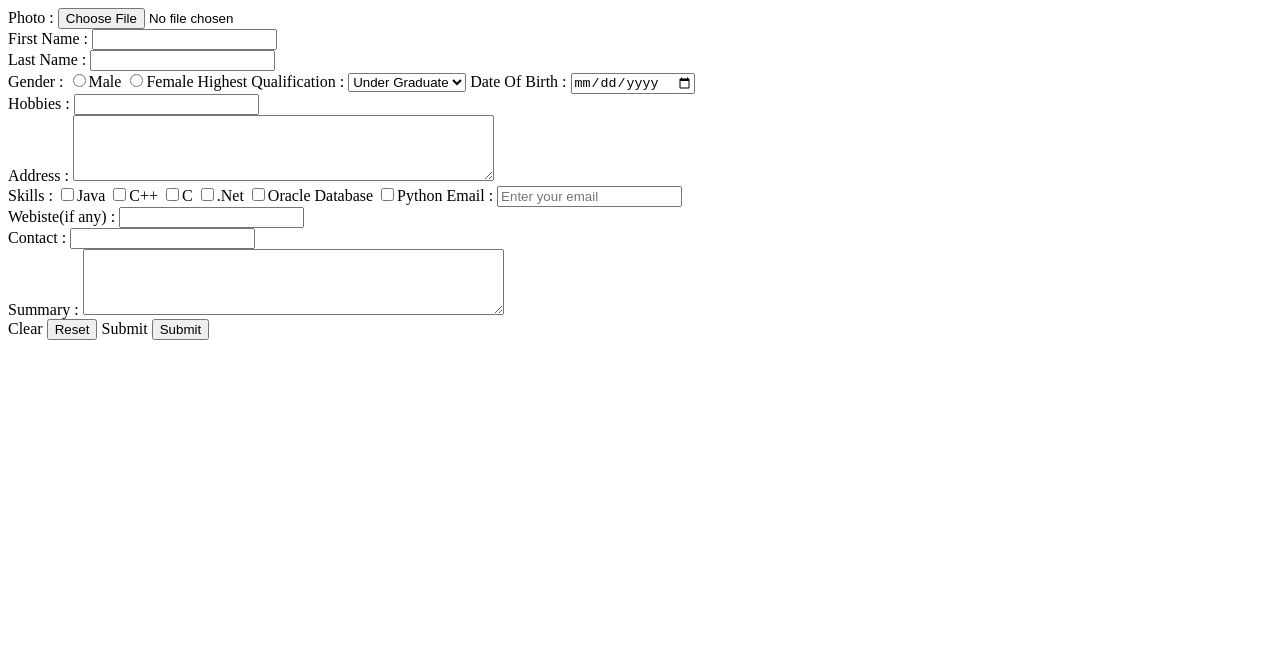
Repository: kiaanMayur/Servlet-Resume-Builder
Page: ResumeBuilder/WebContent/index.html
The author's editor kept a copy of each file at every save. The page is drawn from the files as they stood at one save, then again after the next save.
The browser window is 1280 px wide. The pictures show the whole page.

Above is the page before, as saved 2018-08-07 08:41:28.

After the next save:
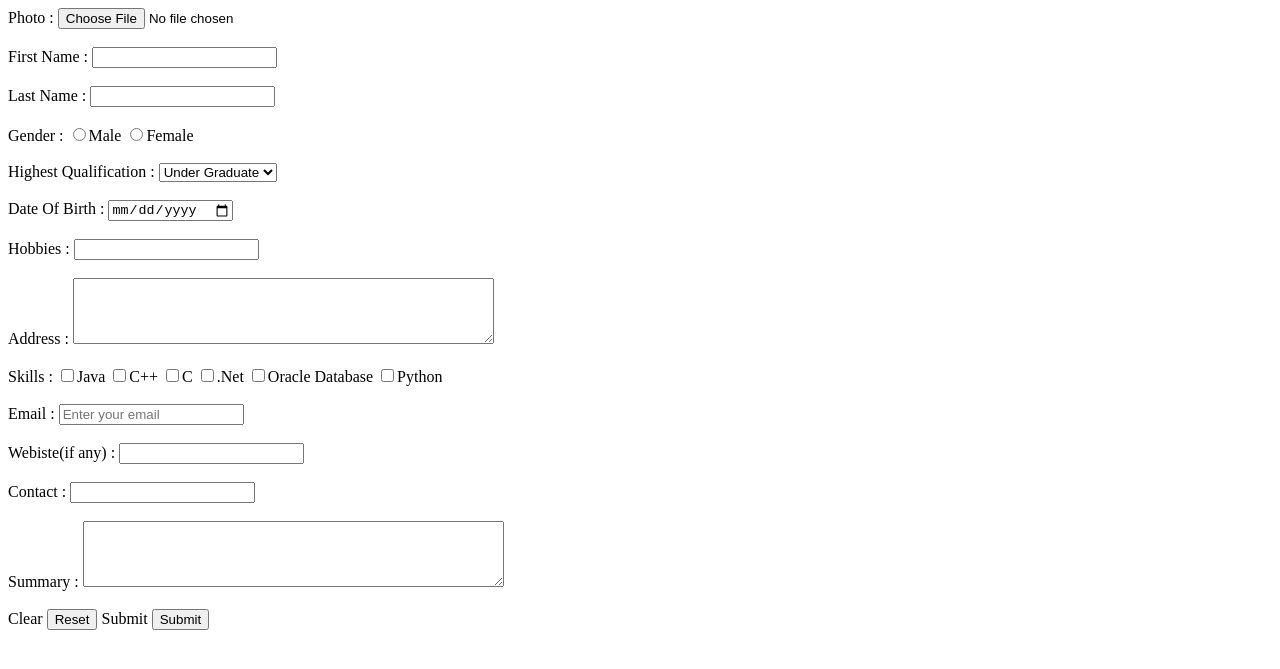
Saved 83 s later.
--- a/ResumeBuilder/WebContent/index.html
+++ b/ResumeBuilder/WebContent/index.html
@@ -8,23 +8,23 @@
 
 	<form action="">
 
-		Photo : <input type="file" name="Photo"> </br>
-		First Name : <input type="text" name="First Name"> </br>
-		Last Name : <input type="text" name="Last Name"> </br>
+		Photo : <input type="file" name="Photo"> </br></br>
+		First Name : <input type="text" name="First Name"> </br></br>
+		Last Name : <input type="text" name="Last Name"> </br></br>
 		Gender :
 				<input type="radio" name="Gender">Male
 				<input type="radio" name="Gender">Female
-
+		</br></br>
 		Highest Qualification : <select>
 				<option value="Under Graduate">Under Graduate</option>
 				<option value="Post Graduate">Under Graduate</option>
 				<option value="Diploma">Under Graduate</option>
 				<option value="PHD">Under Graduate</option>
 			</select>
-
-		Date Of Birth : <input type="date"> </br>
-		Hobbies : <input type> </br>
-		Address : <textarea rows="4" cols="50"></textarea> </br>
+		</br></br>
+		Date Of Birth : <input type="date"> </br></br>
+		Hobbies : <input type> </br></br>
+		Address : <textarea rows="4" cols="50"></textarea> </br></br>
 		Skills :
 				<input type="checkbox" value="Java" name="java">Java
 				<input type="checkbox" value="CPP" name="cpp">C++
@@ -32,11 +32,11 @@
 				<input type="checkbox" value=".Net" name=".net">.Net
 				<input type="checkbox" value="Oracle" name="oracle">Oracle Database
 				<input type="checkbox" value="Python" name="python">Python
-
-		Email : <input type="email" placeholder="Enter your email"> </br>
-		Webiste(if any) : <input type="url"> </br>
-		Contact : <input type="number"> </br>
-		Summary : <textarea rows="4" cols="50"></textarea> </br>
+		</br></br>
+		Email : <input type="email" placeholder="Enter your email"> </br></br>
+		Webiste(if any) : <input type="url"> </br> </br>
+		Contact : <input type="number"> </br></br>
+		Summary : <textarea rows="4" cols="50"></textarea> </br></br>
 		Clear <input type="reset">
 		Submit <input type="submit">
 
